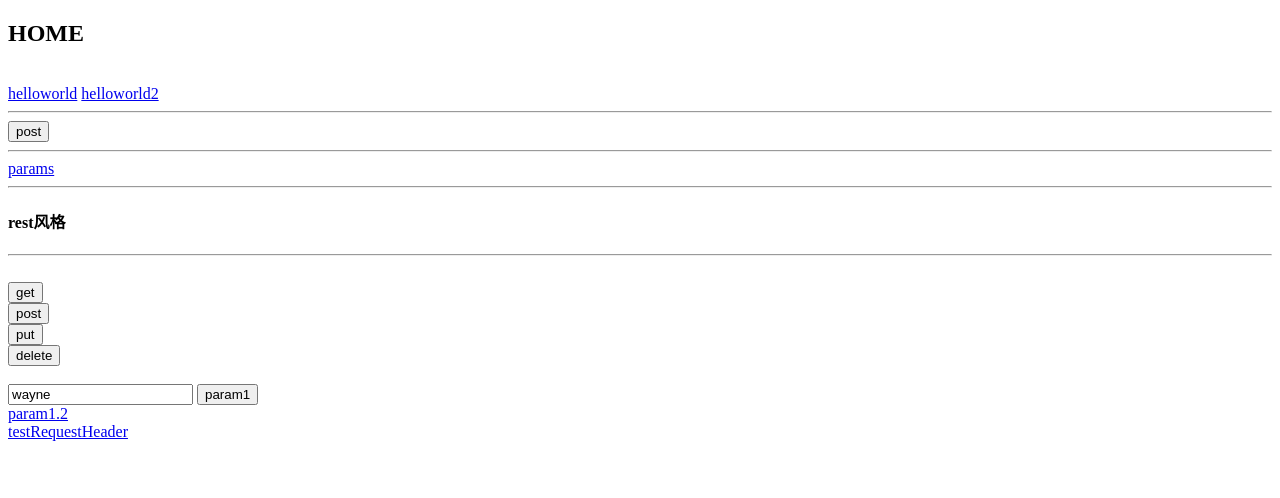
Repository: weiqilin66/workSpaceXD
Page: http://localhost/springmvc-1/
The author's editor kept a copy of each file at every save. The page is drawn from the files as they stood at one save, then again after the next save.
The browser window is 1280 px wide. The pictures show the whole page.
The page is served by Tomcat 9.

Above is the page before, as saved 2019-09-19 01:51:11.

After the next save:
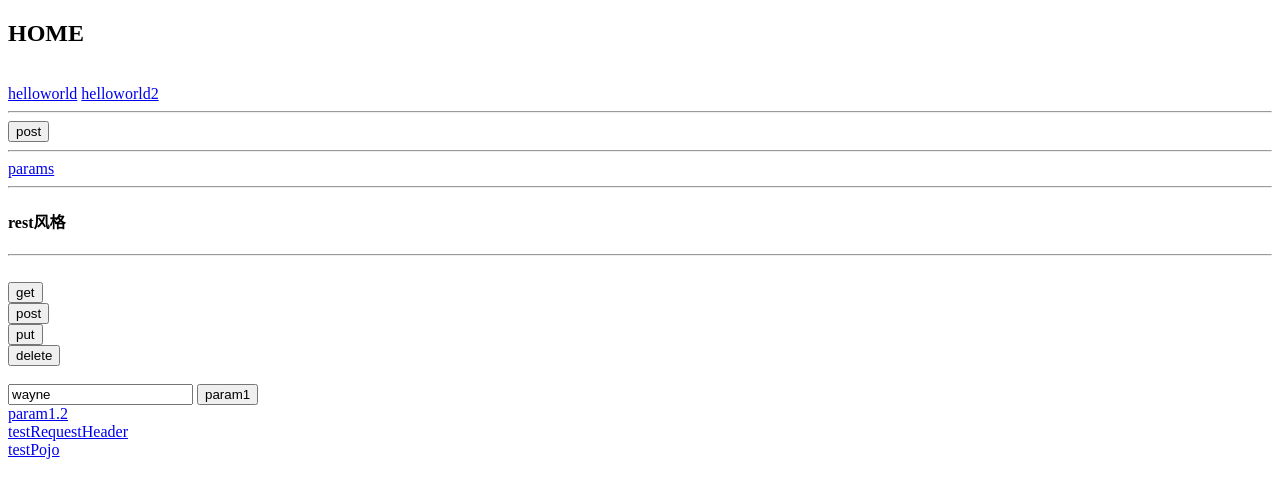
Saved 72 s later.
--- a/workspace/eclipseworkspace/ws01-study/springmvc-1/WebContent/index.jsp
+++ b/workspace/eclipseworkspace/ws01-study/springmvc-1/WebContent/index.jsp
@@ -46,6 +46,7 @@
 <br>
 <a href="testRequestHeader"> testRequestHeader</a>
 <br>
+<a href="pojo?username=joy&password=123&city=fujian"> testPojo</a>
 <br>
 <br>
 <br>
